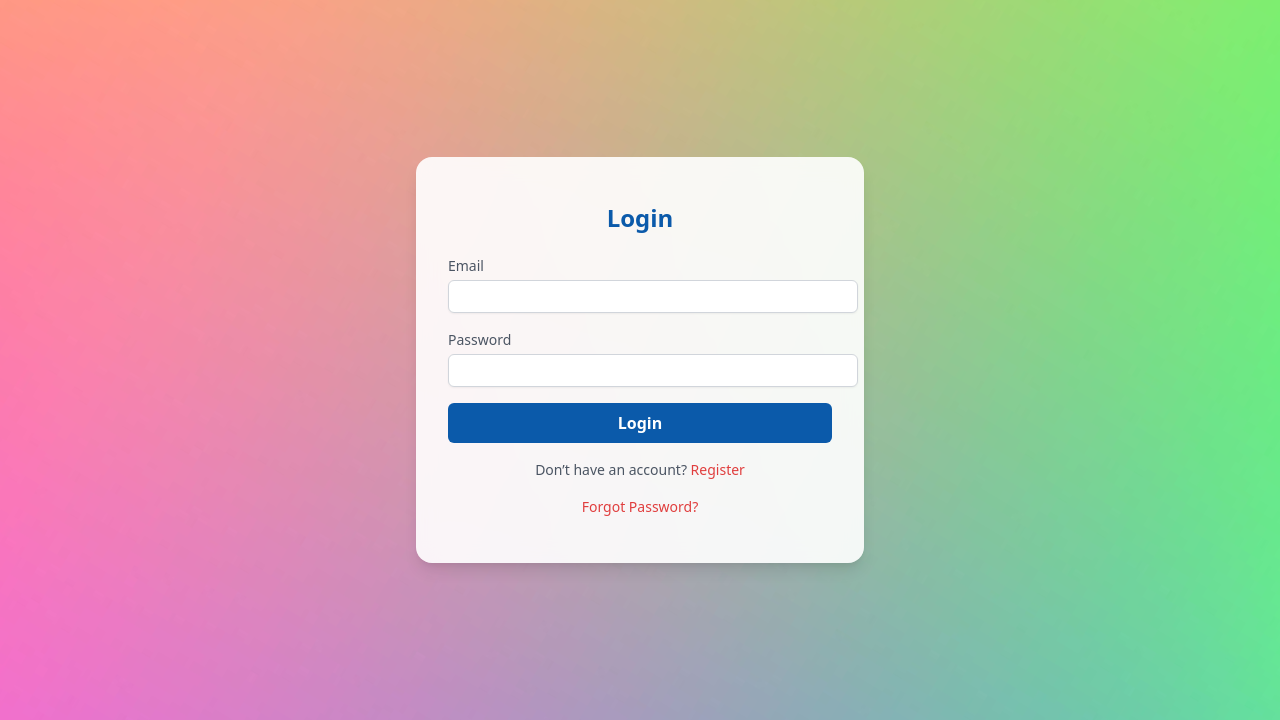
Repository: LoneHeroOne/SmartRecruit
Page: / (app in frontend/)
These files come from the project's save history. The page is drawn as it stood at one moment and after the next save; the edit follows.
The browser window is 1280 px wide. The pictures show the whole page.
The project was rebuilt for these pictures with package versions that can differ from the ones it lists, and the page was loaded fresh each time. Also part of the build but not shown: frontend/vite.config.ts, frontend/src/Pages/Register.tsx, frontend/src/Pages/ForgotPassword.tsx.

Above is the page before, as saved 2025-09-30 16:45:50.

After the next save:
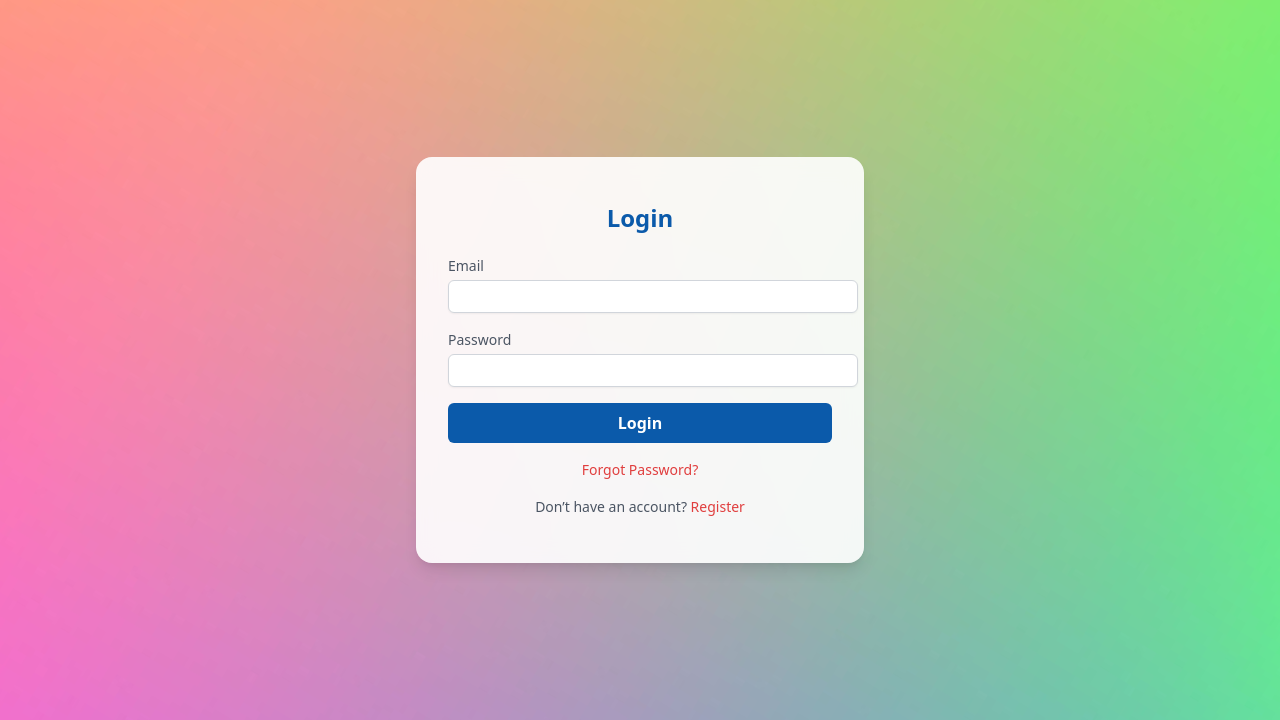
Saved 86 min 21 s later.
--- a/frontend/src/Pages/Login.tsx
+++ b/frontend/src/Pages/Login.tsx
@@ -90,6 +90,15 @@ export default function Login() {
         </form>
 
         <p className="register-prompt">
+          <a
+            href="/forgot-password"
+            className="register-link"
+          >
+            Forgot Password?
+          </a>
+        </p>
+
+        <p className="register-prompt">
           Don’t have an account?{" "}
           <a
             href="/register"
@@ -99,14 +108,6 @@ export default function Login() {
           </a>
         </p>
 
-        <p className="register-prompt">
-          <a
-            href="/forgot-password"
-            className="register-link"
-          >
-            Forgot Password?
-          </a>
-        </p>
       </div>
     </div>
   );
